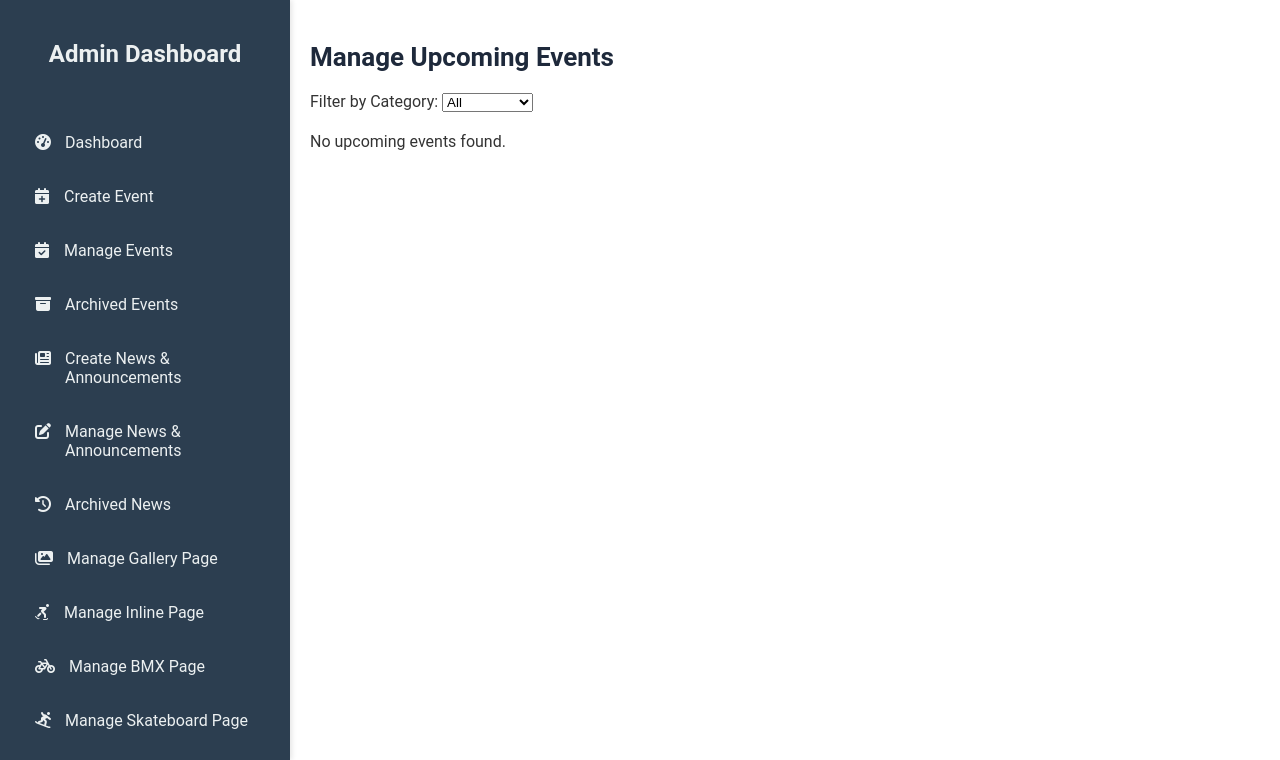
Repository: KharonKade/Capstone
Page: http://localhost/manage_upcoming.php
These files come from the project's save history. The page is drawn as it stood at one moment and after the next save; the edit follows.
The browser window is 1280 px wide. The pictures show the whole page.
The page is run by PHP 8.4 with error messages shown; the project is at /var/www/html/. Queries for data that is not in the repository find no rows.

Above is the page before, as saved 2025-05-03 09:43:12.

### manage_upcoming.php
<?php
// Database connection
$conn = new mysqli("localhost", "root", "", "basf_events");
if ($conn->connect_error) {
    die("Connection failed: " . $conn->connect_error);
}

// Handle Archive Action
if (isset($_GET['archive_id'])) {
    $archive_id = intval($_GET['archive_id']);
    $archive_sql = "UPDATE upcoming_events SET status = 'archived' WHERE id = $archive_id";

    if ($conn->query($archive_sql)) {
        header("Location: manage_upcoming.php?message=Event archived successfully");
        exit();
    } else {
        die("Error archiving event: " . $conn->error);
    }
}

$filter_category = isset($_GET['category']) ? $conn->real_escape_string($_GET['category']) : '';

$sql = "
    SELECT
        @rownum := @rownum + 1 AS row_num,
        id, event_name, location, category, registration, registration_limit
    FROM upcoming_events, (SELECT @rownum := 0) r
    WHERE status = 'active'
";
if (!empty($filter_category) && $filter_category !== 'All') {
    $filter_category = $conn->real_escape_string($filter_category);
    $sql .= " AND category = '$filter_category'";
}
$sql . "ORDER BY id DESC";

$result = $conn->query($sql);
?>

<!DOCTYPE html>
<html lang="en">
<head>
    <meta charset="UTF-8">
    <meta name="viewport" content="width=device-width, initial-scale=1.0">
    <title>Manage Upcoming Events</title>
    <link rel="stylesheet" href="https://cdnjs.cloudflare.com/ajax/libs/font-awesome/6.0.0-beta3/css/all.min.css">
    <link rel="stylesheet" href="Css/manage_event.css">
    <link rel="stylesheet" href="https://cdnjs.cloudflare.com/ajax/libs/font-awesome/6.5.0/css/all.min.css">
</head>
<body>
    <div class="admin-container">
        <nav class="sidebar">
            <h2>Admin Dashboard</h2>
            <ul>
                <li><a href="admin.php"><i class="fas fa-tachometer-alt"></i> Dashboard</a></li>
                <li><a href="create_event.html."><i class="fas fa-calendar-plus"></i> Create Event</a></li>
                <li><a href="manage_upcoming.php"><i class="fas fa-calendar-check"></i> Manage Events</a></li>
                <li><a href="archived_events.php"><i class="fas fa-archive"></i> Archived Events</a></li>
                <li><a href="create_news.html"><i class="fas fa-newspaper"></i> Create News & Announcements</a></li>
                <li><a href="manage_news.php"><i class="fas fa-edit"></i> Manage News & Announcements</a></li>
                <li><a href="archived_news.php"><i class="fas fa-history"></i> Archived News</a></li>
                <li><a href="admin_gallery.php"><i class="fas fa-images"></i> Manage Gallery Page</a></li>
                <li><a href="editInlinePage.php"><i class="fas fa-skating"></i> Manage Inline Page</a></li>
                <li><a href="editBmxPage.php"><i class="fas fa-bicycle"></i> Manage BMX Page</a></li>
                <li><a href="editSkateboardPage.php"><i class="fas fa-snowboarding"></i> Manage Skateboard Page</a></li>
                <li><a href="view_inquiries.php"><i class="fas fa-question-circle"></i> Inquiries</a></li>
                <li><a href="archived_inquiries.php"><i class="fas fa-archive"></i> Archived Inquiries</a></li>
                <li><a href="/logout"><i class="fas fa-sign-out-alt"></i> Logout</a></li>
            </ul>
        </nav>
        <main class="content">
            <h2>Manage Upcoming Events</h2>
            <form method="GET" style="margin-bottom: 20px;">
                <label for="category">Filter by Category:</label>
                <select name="category" onchange="this.form.submit()">
                    <option value="All" <?php if ($filter_category === 'All' || empty($filter_category)) echo 'selected'; ?>>All</option>
                    <option value="Skateboard" <?php if ($filter_category === 'Skateboard') echo 'selected'; ?>>Skateboard</option>
                    <option value="BMX" <?php if ($filter_category === 'BMX') echo 'selected'; ?>>BMX</option>
                    <option value="In-Line" <?php if ($filter_category === 'In-Line') echo 'selected'; ?>>In-Line</option>
                </select>
            </form>
            <?php if ($result->num_rows > 0): ?>
            <table>
                <thead>
                    <tr>
                        <th>ID</th>
                        <th>Event Name</th>
                        <th>Location</th>
                        <th>Category</th>
                        <th>Registration</th>
                        <th>Limit</th>
                        <th>Schedules</th>
                        <th>Actions</th>
                    </tr>
                </thead>
                <tbody>
                    <?php
                    // Initialize a counter for row numbers
                    $row_num = 1;
                    while ($row = $result->fetch_assoc()): ?>
                    <tr>
                        <td><?php echo $row_num++; ?></td> <!-- Display the row number -->
                        <td><?php echo $row['event_name']; ?></td>
                        <td><?php echo $row['location']; ?></td>
                        <td><?php echo ucfirst($row['category']); ?></td>
                        <td><?php echo $row['registration'] == 1 ? 'Enabled' : 'Disabled'; ?></td>
                        <td><?php echo $row['registration_limit'] ?? 'Unlimited'; ?></td>
                        <td>
                            <?php
                            // Fetch schedules for the event
                            $schedule_sql = "SELECT * FROM event_schedules WHERE event_id = " . $row['id'];
                            $schedule_result = $conn->query($schedule_sql);
                            if ($schedule_result->num_rows > 0) {
                                while ($schedule = $schedule_result->fetch_assoc()) {
                                    echo "Date: " . $schedule['event_date'] . "<br>";
                                    echo "Start: " . $schedule['start_time'] . "<br>";
                                    echo "End: " . $schedule['end_time'] . "<br><hr>";
                                }
                            } else {
                                echo "No schedules found.";
                            }
                            ?>
                        </td>
                        <td>
                            <a href="view_event.php?id=<?php echo $row['id']; ?>" title="View">
                                <i class="fas fa-eye"></i>
                            </a> |
                            <a href="edit_event.php?id=<?php echo $row['id']; ?>" title="Edit">
                                <i class="fas fa-edit"></i>
                            </a> |
                            <a href="delete_event.php?id=<?php echo $row['id']; ?>" onclick="return confirm('Are you sure you want to delete this event?');" title="Delete">
                                <i class="fas fa-trash"></i>
                            </a> |
                            <a href="archive_event.php?id=<?php echo $row['id']; ?>" onclick="return confirm('Archive this event?');" title="Archive">
                                <i class="fas fa-archive"></i>
                            </a>
                        </td>
                    </tr>
                    <?php endwhile; ?>
                </tbody>
            </table>
            <?php else: ?>
            <p>No upcoming events found.</p>
            <?php endif; ?>
        </main>
    </div>
</body>
</html>

<?php $conn->close(); ?>

### Css/manage_event.css
/* Global Styles */
body {
    margin: 0;
    font-family: 'Roboto', Arial, sans-serif;
    background-color: #f5f7fa;
    color: #333;
}

/* Admin Container */
.admin-container {
    display: flex;
    min-height: 100vh;
}

/* Sidebar */
.sidebar {
    width: 250px;
    background: #2c3e50;
    color: #ecf0f1;
    padding: 20px;
    box-shadow: 2px 0 5px rgba(0, 0, 0, 0.1);
    display: flex;
    flex-direction: column;
    gap: 20px;
    position: fixed;
    height: 100%;
    overflow-y: auto;
}

.sidebar i {
    margin-right: 10px; /* Adds space between icon and text */
}


.sidebar h2 {
    text-align: center;
    font-size: 1.5rem;
    margin-bottom: 20px;
}

.sidebar ul {
    list-style: none;
    padding: 0;
    margin: 0;
}

.sidebar ul li {
    margin: 15px 0;
}

.sidebar ul li a {
    text-decoration: none;
    color: #ecf0f1;
    padding: 10px 15px;
    display: block;
    border-radius: 5px;
    transition: background 0.3s;
    position: relative; /* Required for the pseudo-element */
    overflow-wrap: break-word; /* Ensures long words break */

}

/* Indent the second line */
.sidebar ul li a {
    padding-left: 45px; /* Add padding to the left for the first line */
    text-indent: -15px; /* Negative indent to pull the first line back */
}



.sidebar ul li a:hover {
    background: #34495e;
}

/* Main Content */
.content {
    margin-left: 290px; /* Pushes content to the right */
    flex-grow: 1;
    padding: 20px;
    background-color: #fff;
    box-shadow: -2px 0 5px rgba(0, 0, 0, 0.1);
    overflow-y: auto; /* Allows content to scroll */
    min-height: 100vh; /* Ensures content fills viewport */
}

.content h2 {
    font-size: 26px;
    color: #1e293b;
    margin-bottom: 20px;
}

/* Table */
table {
    width: 100%;
    border-collapse: collapse;
    margin-bottom: 20px;
    box-shadow: 0 2px 10px rgba(0, 0, 0, 0.1);
    background-color: #fff;
    border-radius: 8px;
    overflow: hidden;
}

table thead {
    background-color: #1e293b;
    color: #fff;
}

table th,
table td {
    padding: 12px 15px;
    text-align: left;
    border-bottom: 1px solid #e2e8f0;
}

table th {
    font-size: 14px;
    text-transform: uppercase;
}

table tbody tr:hover {
    background-color: #f1f5f9;
}

table td:last-child {
    white-space: nowrap;
}

table td a {
    margin: 0 5px;
    color: #333;
    font-size: 1.2rem;
    transition: color 0.3s ease;
    text-decoration: none; /* Remove underline */
}

table td a:hover {
    color: #ff4500; /* hover color */
}

/* Responsive Design */
@media (max-width: 768px) {
    .sidebar {
        width: 200px;
    }

    .content {
        padding: 15px;
    }

    table {
        font-size: 14px;
    }
}

After the next save:
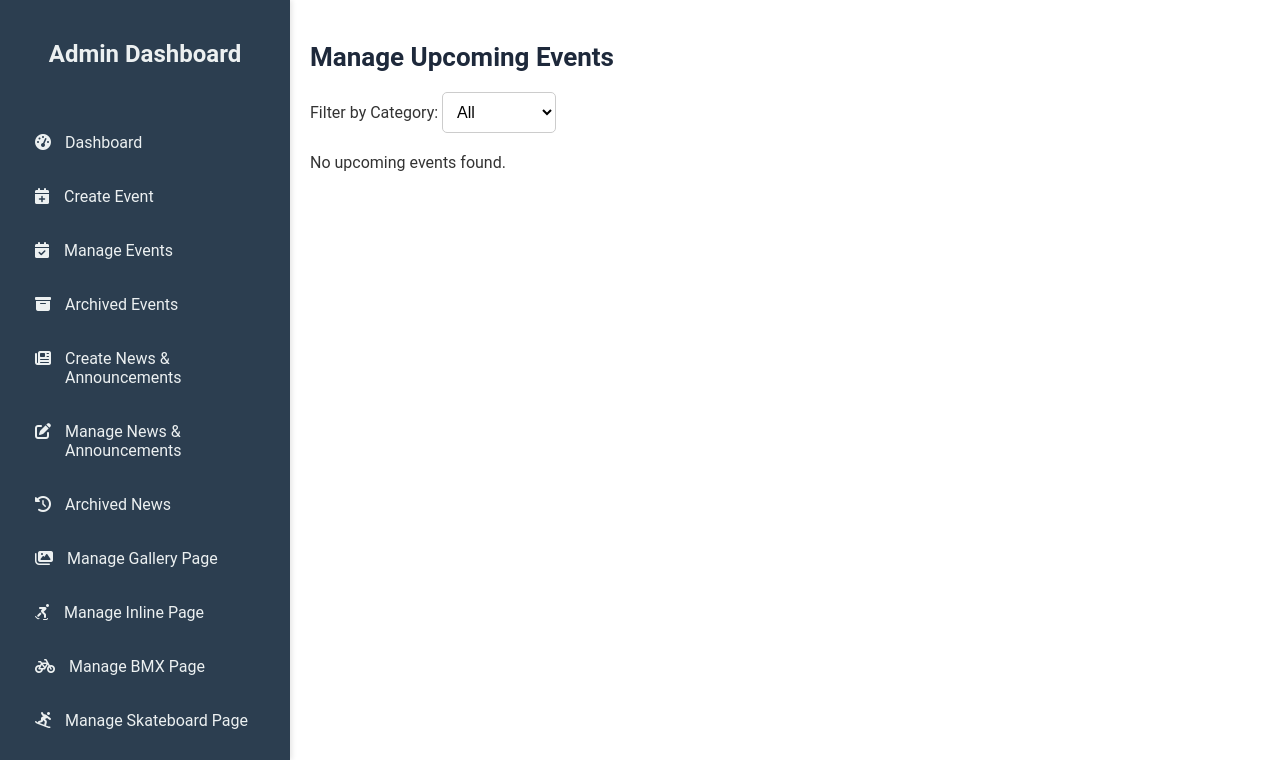
Saved 43 s later.
--- a/Css/manage_event.css
+++ b/Css/manage_event.css
@@ -137,6 +137,16 @@ table td a:hover {
     color: #ff4500; /* hover color */
 }
 
+select {
+    padding: 10px;
+    font-size: 1rem;
+    border: 1px solid #ccc;
+    border-radius: 5px;
+    width: 12%;
+    background-color: white;
+    cursor: pointer;
+}
+
 /* Responsive Design */
 @media (max-width: 768px) {
     .sidebar {
